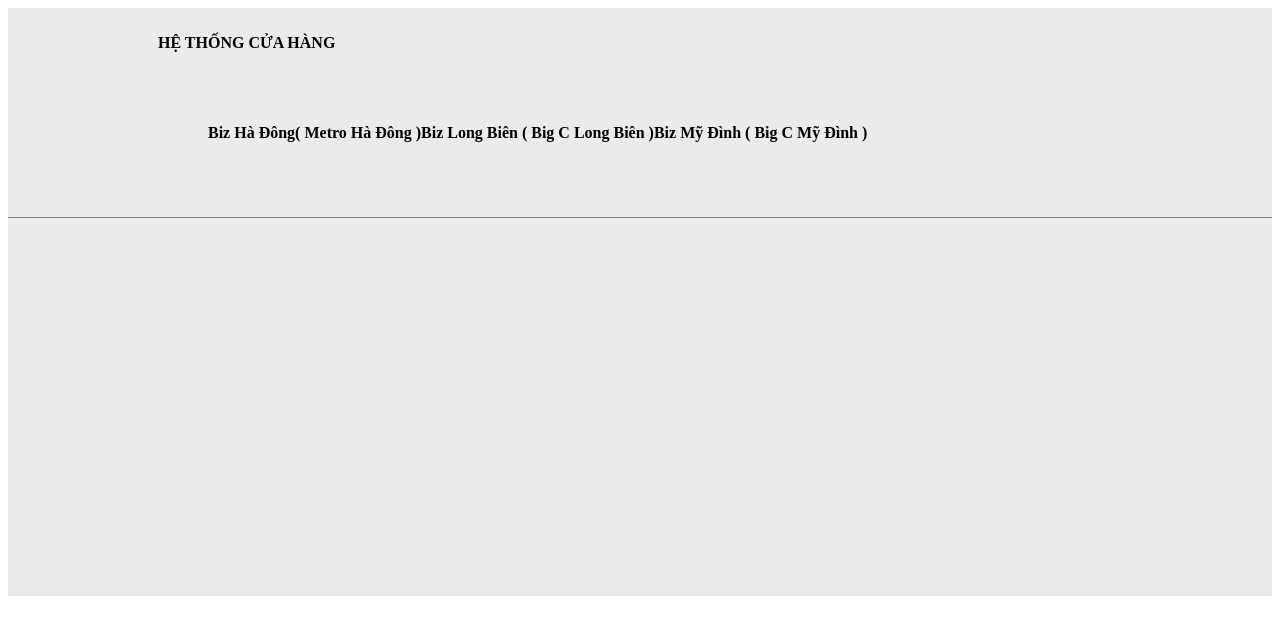
Repository: LongNguyen2504/T3H-FrondEnd
Page: lesson4_css_homework1.html
These files come from the project's save history. The page is drawn as it stood at one moment and after the next save; the edit follows.
The browser window is 1280 px wide. The pictures show the whole page.

Above is the page before, as saved 2021-12-04 20:32:39.

### lesson4_css_homework1.html
<!DOCTYPE html>
<html lang="en">
<head>
    <meta charset="UTF-8">
    <meta http-equiv="X-UA-Compatible" content="IE=edge">
    <meta name="viewport" content="width=device-width, initial-scale=1.0">
    <title>Document</title>
    <link rel="stylesheet" href="lesson4_css_homework1.css">
</head>
<body>
    <div class="top-div ancestor-div">
        <div class="row-div">
            <h4>HỆ THỐNG CỬA HÀNG</h4>
            <div class="row1-box-container">
                <div class="box1">
                    <strong>Biz Hà Đông( Metro Hà Đông )</strong>
                </div>
                <div class="box2">
                    <strong>Biz Long Biên ( Big C Long Biên )</strong>
                </div>
                <div class="box3">
                    <strong>Biz Mỹ Đình ( Big C Mỹ Đình )</strong>
                </div>
            </div>
        </div>
    </div>
    <div class="footer-div ancestor-div"></div>
</body>
</html>

### lesson4_css_homework1.css
*{
    box-sizing: border-box;
}
.ancestor-div{
    background-color: #ebebeb;
    justify-content: center;
    font-family: 'Times New Roman', Times, serif;

}
.top-div{
    width: 100%;
    height: 210px;
    border-bottom: 1px solid gray;
    position: relative;

}
.footer-div{
    width: 100%;
    height: 378px;
}
.row-div{
    width: 70%;
    height: 200px;
    position: absolute;
    top: 5px;
    left: 150px;
}
.row1-box-container{
    display: flex;
    overflow: auto;
    padding: 50px;
}

After the next save:
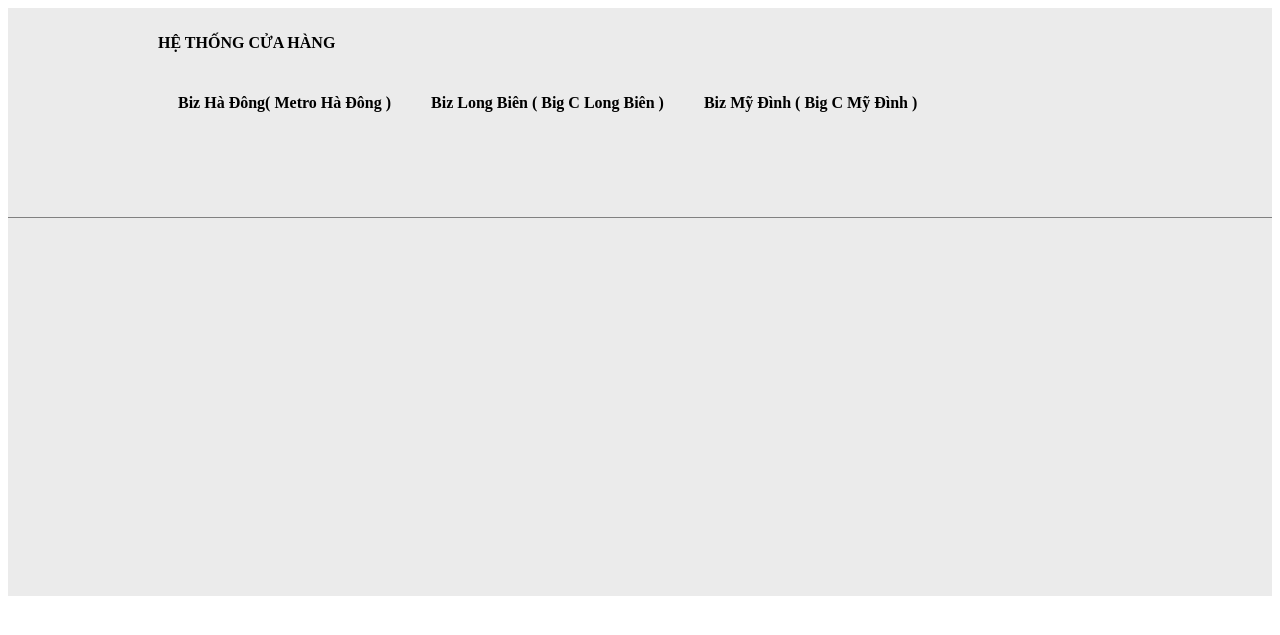
Saved 4 min 33 s later.
--- a/lesson4_css_homework1.css
+++ b/lesson4_css_homework1.css
@@ -28,5 +28,8 @@
 .row1-box-container{
     display: flex;
     overflow: auto;
-    padding: 50px;
+
 }
+.box1,.box2,.box3{
+    padding: 20px;
+}
